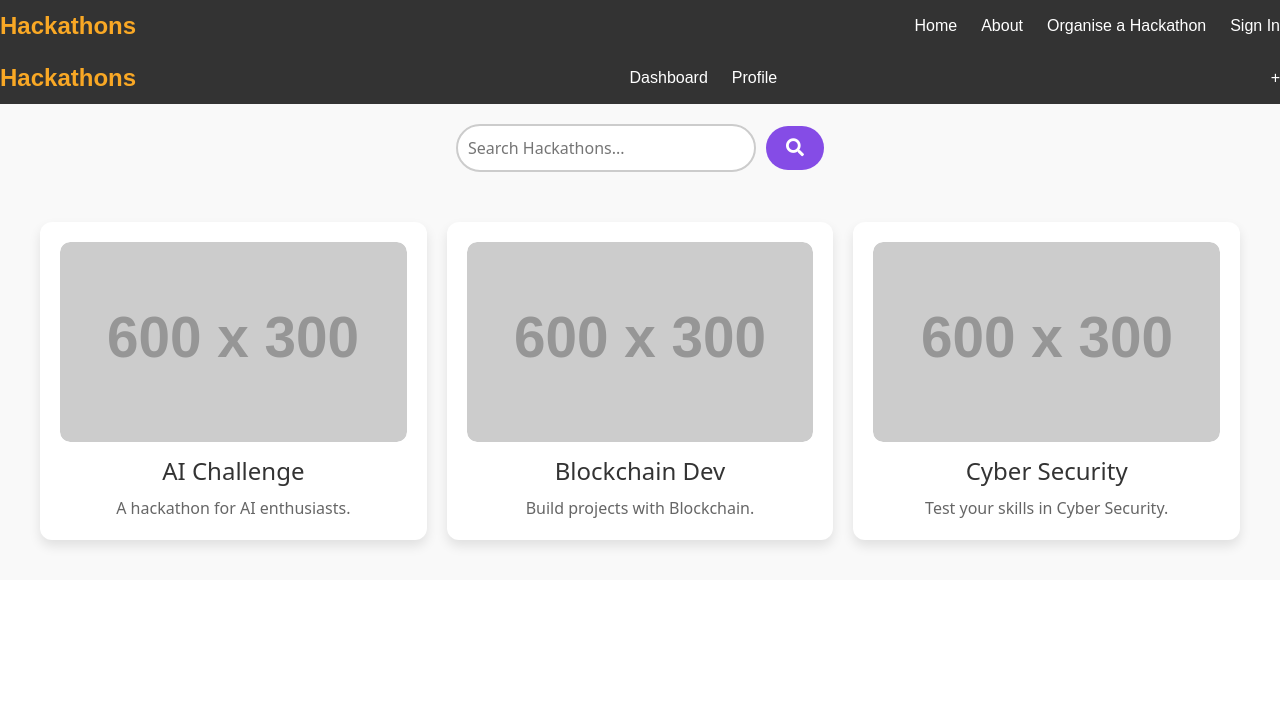
Repository: Ken-Kanike/RUBIX25_41_TECHTITANS
Page: /dashboard (app in backend/client/)
An editor plug-in stored every save of this project. The page is shown before and after the next save, followed by the edit.
The browser window is 1280 px wide. The pictures show the whole page.
The project was rebuilt for these pictures with package versions that can differ from the ones it lists, and the page was loaded fresh each time. Also part of the build but not shown: backend/client/src/homepage.js, backend/client/src/signin.js.

Above is the page before, as saved 2025-01-23 01:51:31.

After the next save:
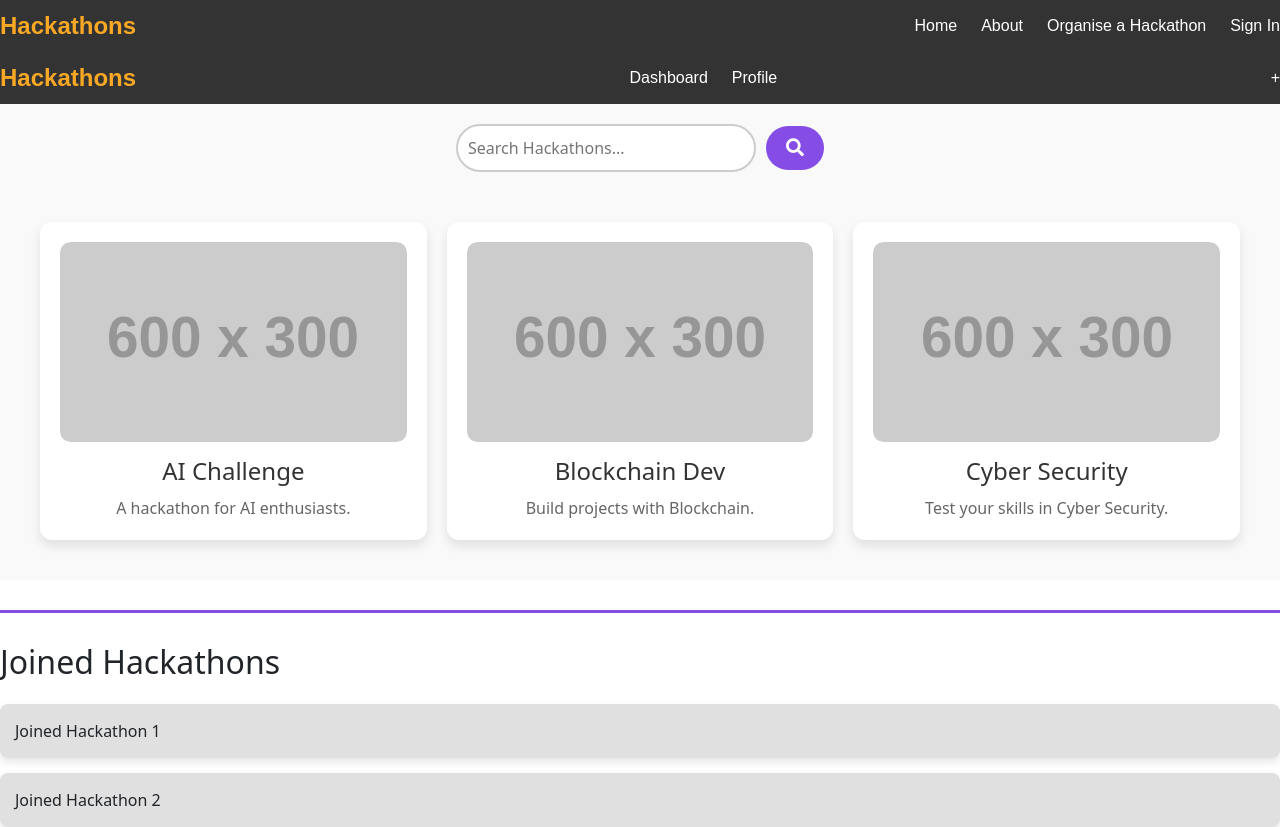
Saved 116 s later.
--- a/backend/client/src/dashboardUSER.js
+++ b/backend/client/src/dashboardUSER.js
@@ -13,7 +13,7 @@ const Dashboard = () => {
         <div>
             <Navbar />
             <div className="dashboard-container">
-                {/* Search Bar */}
+
                 <div className="search-container">
                     <input
                         type="text"
@@ -25,14 +25,14 @@ const Dashboard = () => {
                     </button>
                 </div>
 
-                {/* Hackathons List */}
+
                 <div className="hackathon-cards">
                     {hackathons.map((hackathon, index) => (
                         <div className="hackathon-card" key={index}>
                             <div className="hackathon-image">
-                                {/* Placeholder for Hackathon Image */}
+
                                 <img
-                                    src="https://via.placeholder.com/600x300"  // Placeholder image URL
+                                    src="https://via.placeholder.com/600x300"
                                     alt={hackathon.name}
                                     className="hackathon-img"
                                 />
@@ -43,6 +43,12 @@ const Dashboard = () => {
                     ))}
                 </div>
             </div>
+      <div className="divider-bar"></div>
+      <div className="joined-hackathons-container">
+        <h2>Joined Hackathons</h2>
+        <div className="joined-hackathon-item">Joined Hackathon 1</div>
+        <div className="joined-hackathon-item">Joined Hackathon 2</div>
+      </div>
         </div>
     );
 };
